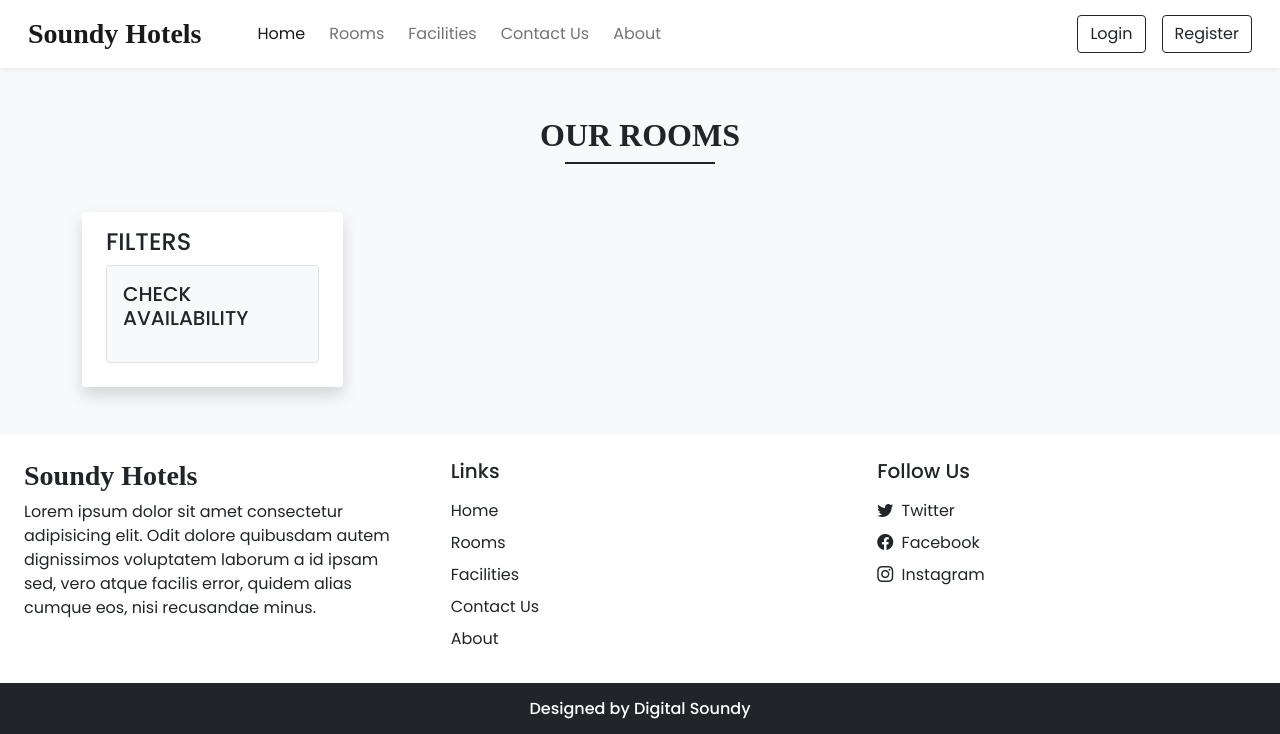
Repository: spencersoundy/Hotel-Booking-App
Page: http://localhost/rooms.php
The author's editor kept a copy of each file at every save. The page is drawn from the files as they stood at one save, then again after a run of saves.
The browser window is 1280 px wide. The pictures show the whole page.
Some web fonts or font styles are not loaded; a fallback is used. The page is run by PHP 8.4 with error messages shown; the project is at /var/www/html/.

Above is the page before, as saved 2023-08-05 00:35:58.

### rooms.php
<!DOCTYPE html>
<html lang="en">
<head>
    <meta charset="UTF-8">
    <meta http-equiv="X-UA-Compatible" content="IE=edge">
    <meta name="viewport" content="width=device-width, initial-scale=1.0">
    <title>Soundy Hotels - CONTACT</title>
    <?php require('inc/links.php') ?>
</head>
<body class="bg-light">

<?php require('inc/header.php') ?>

<div class="my-5 px-4">
    <h2 class="fw-bold h-font text-center">OUR ROOMS</h2>
    <div class="h-line bg-dark"></div>
</div>

<div class="container">
    <div class="row">

       <div class="col-lg-3">
        <nav class="navbar navbar-expand-lg navbar-light bg-white rounded shadow">
            <div class="container-fluid flex-lg-column align-items-stretch">
                <h4 class="mt-2">FILTERS</h4>
                <button class="navbar-toggler" type="button" data-bs-toggle="collapse" data-bs-target="#filterDropdown" aria-controls="navbarNav" aria-expanded="false" aria-label="Toggle navigation">
                <span class="navbar-toggler-icon"></span>
                </button>
                <div class="collapse navbar-collapse" id="filterDropdown">
                    <div class="border bg-light p-3 rounded mb-3">
                        <h5 class="mb-3" style="fontsi">CHECK AVAILABILITY</h5>
                    </div>
                </div>
            </div>
        </nav>
       </div>

    </div>
</div>

<?php require('inc/footer.php')?>

</body>
</html>

### inc/links.php
<link href="https://cdn.jsdelivr.net/npm/bootstrap@5.0.2/dist/css/bootstrap.min.css" rel="stylesheet" integrity="sha384-EVSTQN3/azprG1Anm3QDgpJLIm9Nao0Yz1ztcQTwFspd3yD65VohhpuuCOmLASjC" crossorigin="anonymous">
<link href="https://fonts.googleapis.com/css2?family=Merienda:wght@400;700&family=Poppins:wght@400;500;600&display=swap" rel="stylesheet">
<link rel="stylesheet" href="https://cdn.jsdelivr.net/npm/bootstrap-icons@1.10.5/font/bootstrap-icons.css">
<link rel="stylesheet" href="css/common.css"/>

### inc/header.php
<nav class="navbar navbar-expand-lg navbar-light bg-white px-lg-3 py-lg-2 shadow-sm sticky-top">
    <div class="container-fluid">
        <a class="navbar-brand me-5 fw-bold fs-3 h-font" href="index.php">Soundy Hotels</a>
        <button class="navbar-toggler shadow-none" type="button" data-bs-toggle="collapse" data-bs-target="#navbarSupportedContent" aria-controls="navbarSupportedContent" aria-expanded="false" aria-label="Toggle navigation">
        <span class="navbar-toggler-icon"></span>
        </button>
        <div class="collapse navbar-collapse" id="navbarSupportedContent">
        <ul class="navbar-nav me-auto mb-2 mb-lg-0">
            <li class="nav-item">
            <a class="nav-link active me-2" aria-current="page" href="index.php">Home</a>
            </li>
            <li class="nav-item">
            <a class="nav-link me-2" href="rooms.php">Rooms</a>
            </li>
            <li class="nav-item">
            <a class="nav-link me-2" href="facilities.php">Facilities</a>
            </li><li class="nav-item">
            <a class="nav-link me-2" href="contact.php">Contact Us</a>
            </li><li class="nav-item">
            <a class="nav-link" href="about.php">About</a>
            </li>
        </ul>
        <div class="d-flex">
            <button type="button" class="btn btn-outline-dark shadow-none me-lg-3 me-2" data-bs-toggle="modal" data-bs-target="#loginModal">
                Login
            </button>
            <button type="button" class="btn btn-outline-dark shadow-none" data-bs-toggle="modal" data-bs-target="#registerModal">
                Register
            </button>
        </div>
        </div>
    </div>
    </nav>

    <div class="modal fade" id="loginModal" data-bs-backdrop="static" data-bs-keyboard="false" tabindex="-1" aria-labelledby="staticBackdropLabel" aria-hidden="true">
        <div class="modal-dialog">
            <div class="modal-content">
                <form>
                    <div class="modal-header">
                        <h5 class="modal-title d-flex align-items-center">
                            <i class="bi bi-person-circle fs-3 me-2"></i> User Login
                        </h5>
                        <button type="reset" class="btn-close shadow-none" data-bs-dismiss="modal" aria-label="Close"></button>
                    </div>
                    <div class="modal-body">
                    <div class="mb-3">
                        <label class="form-label">Email address</label>
                        <input type="email" class="form-control shadow-none">
                    </div>
                    <div class="mb-4">
                        <label class="form-label">Password</label>
                        <input type="password" class="form-control shadow-none">
                    </div>
                        <div class="d-flex align-items-center justify-content-between mb-2">
                            <button type="submit" class="btn btn-dark shadow-none">LOGIN</button>
                            <a href="javascript: void(0)" class="text-secondary text-decoration-none">Forgot Password?</a>
                        </div>
                    </div>
                </form>
            </div>
        </div>
    </div>

    <div class="modal fade" id="registerModal" data-bs-backdrop="static" data-bs-keyboard="false" tabindex="-1" aria-labelledby="staticBackdropLabel" aria-hidden="true">
        <div class="modal-dialog modal-lg">
            <div class="modal-content">
                <form>
            <div class="modal-header">
                <h5 class="modal-title d-fle align-items-center">
                    <i class="bi bi-person-lines-fill fs-3 me-2"></i> User Registration
                </h5>
                <button type="reset" class="btn-close shadow-none" data-bs-dismiss="modal" aria-label="Close"></button>
            </div>
            <div class="modal-body">
                <span class="badge rounded-pill bg-light text-dark mb-3 text-wrap lh-base">
                    Note: Your details must match with your ID (ID book/card, passport, drivers license, etc.)
                    that will be required during check-in.
                </span>
                <div class="container-fluid">
                    <div class="row">
                        <div class="col-md-6 ps-0 mb-3">
                            <label class="form-label">Name</label>
                            <input type="text" class="form-control shadow-none">
                        </div>
                        <div class="col-md-6 p-0 mb-3">
                            <label class="form-label">Email</label>
                            <input type="email" class="form-control shadow-none">
                        </div>
                        <div class="col-md-6 ps-0 mb-3">
                            <label class="form-label">Phone Number</label>
                            <input type="number" class="form-control shadow-none">
                        </div>
                        <div class="col-md-6 p-0 mb-3">
                            <label class="form-label">Picture</label>
                            <input type="file" class="form-control shadow-none">
                        </div>
                        <div class="col-md-12 p-0 mb-3">
                            <label class="form-label">Address</label>
                            <textarea class="form-control shadow-none" rows="1"></textarea>
                        </div>
                        <div class="col-md-6 ps-0 mb-3">
                            <label class="form-label">Pincode</label>
                            <input type="number" class="form-control shadow-none">
                        </div>
                        <div class="col-md-6 p-0 mb-3">
                            <label class="form-label">Date of birth</label>
                            <input type="date" class="form-control shadow-none">
                        </div>
                        <div class="col-md-6 ps-0 mb-3">
                            <label class="form-label">Password</label>
                            <input type="password" class="form-control shadow-none">
                        </div>
                        <div class="col-md-6 p-0 mb-3">
                            <label class="form-label">Confirm Password</label>
                            <input type="password" class="form-control shadow-none">
                        </div>
                    </div>
                </div>
                <div class="text-center my-1">
                    <button type="submit" class="btn btn-dark shadow-none">REGISTER</button>
                </div>
            </div>
            </form>
            </div>
  </div>
</div>

### inc/footer.php
<div class="container-fluid bg-white mt-5">

        <div class="row">
            <div class="col-lg-4 p-4">
                <h3 class="h-font fw-bold fs-3 mb-2">Soundy Hotels</h3>
                <p>
                    Lorem ipsum dolor sit amet consectetur adipisicing elit.
                    Odit dolore quibusdam autem dignissimos voluptatem laborum a id ipsam sed,
                    vero atque facilis error, quidem alias cumque eos, nisi recusandae minus.
                </p>
            </div>
            <div class="col-lg-4 p-4">
                <h5 class="mb-3">Links</h5>
                <a href="#" class="d-inline-block mb-2 text-dark text-decoration-none">Home</a><br>
                <a href="#" class="d-inline-block mb-2 text-dark text-decoration-none">Rooms</a><br>
                <a href="#" class="d-inline-block mb-2 text-dark text-decoration-none">Facilities</a><br>
                <a href="#" class="d-inline-block mb-2 text-dark text-decoration-none">Contact Us</a><br>
                <a href="#" class="d-inline-block mb-2 text-dark text-decoration-none">About</a>
            </div>
            <div class="col-lg-4 p-4">
                <h5 class="mb-3">Follow Us</h5>
                <a href="#" class="d-inline-block text-dark text-decoration-none mb-2">
                    <i class="bi bi-twitter me-1"></i> Twitter
                </a><br>
                <a href="#" class="d-inline-block text-dark text-decoration-none mb-2">
                    <i class="bi bi-facebook me-1"></i> Facebook
                </a><br>
                <a href="#" class="d-inline-block text-dark text-decoration-none">
                    <i class="bi bi-instagram me-1"></i> Instagram
                </a><br>
            </div>
        </div>
    </div>
</div>

    <h6 class="text-center bg-dark text-white p-3 m-0">Designed by Digital Soundy</h6>

    <script src="https://cdn.jsdelivr.net/npm/bootstrap@5.0.2/dist/js/bootstrap.bundle.min.js" integrity="sha384-MrcW6ZMFYlzcLA8Nl+NtUVF0sA7MsXsP1UyJoMp4YLEuNSfAP+JcXn/tWtIaxVXM" crossorigin="anonymous"></script>

### css/common.css
:root{
    --teal: #2ec1ac;
    --teal_hover: #279e8c;
}

*{
    font-family: 'Poppins', sans-serif;
}
.h-font{
    font-family: 'Merienda', cursive;
}

input::-webkit-outer-spin-button,
input::-webkit-inner-spin-button {
-webkit-appearance: none;
margin: 0;
}

input[type=number] {
-moz-appearance: textfield;
}

.custom-bg{
    background-color: var(--teal);
    border: 1px solid var(--teal);
}
.custom-bg:hover{
    background-color: var(--teal_hover);
    border-color: var(--teal_hover);
}

.h-line{
    width: 150px;
    margin: 0 auto;
    height: 1.7px;
}

After the next 5 saves:
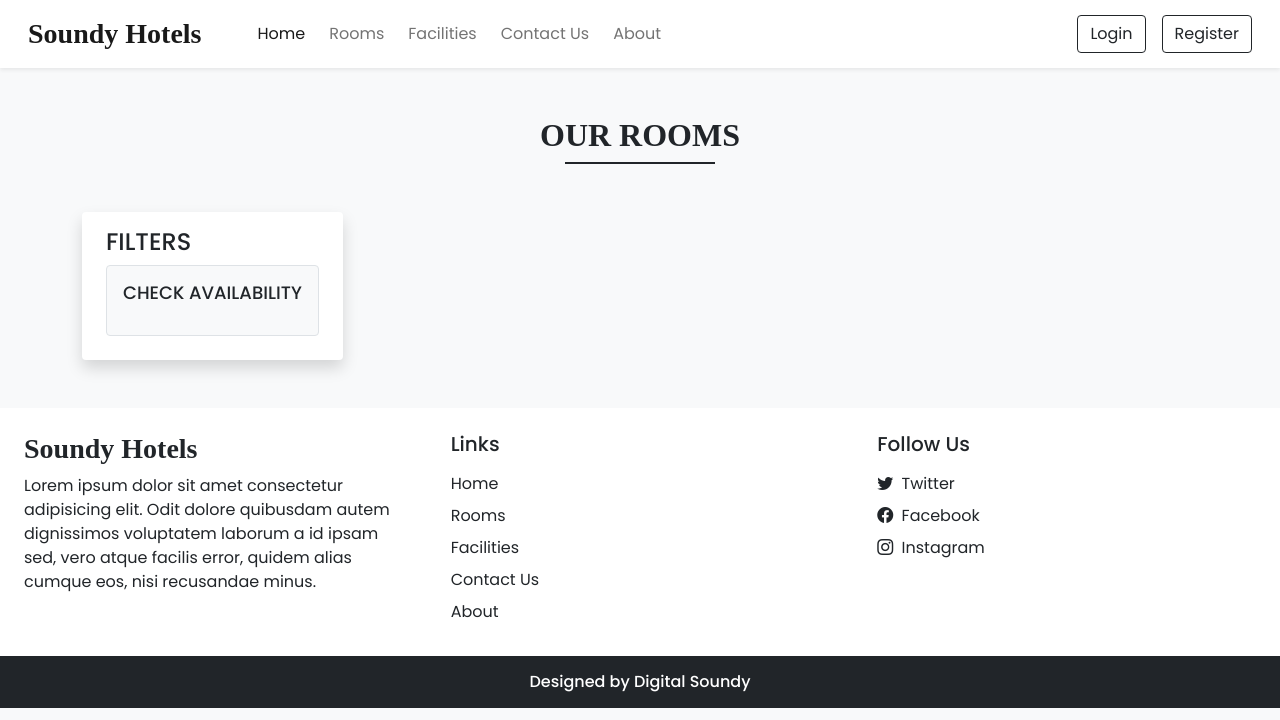
The 5 saves are shown as one change because they came seconds apart.
The last was saved 16 s later.
--- a/rooms.php
+++ b/rooms.php
@@ -28,7 +28,7 @@
                 </button>
                 <div class="collapse navbar-collapse" id="filterDropdown">
                     <div class="border bg-light p-3 rounded mb-3">
-                        <h5 class="mb-3" style="fontsi">CHECK AVAILABILITY</h5>
+                        <h5 class="mb-3" style="font-size: 18px;">CHECK AVAILABILITY</h5>
                     </div>
                 </div>
             </div>
